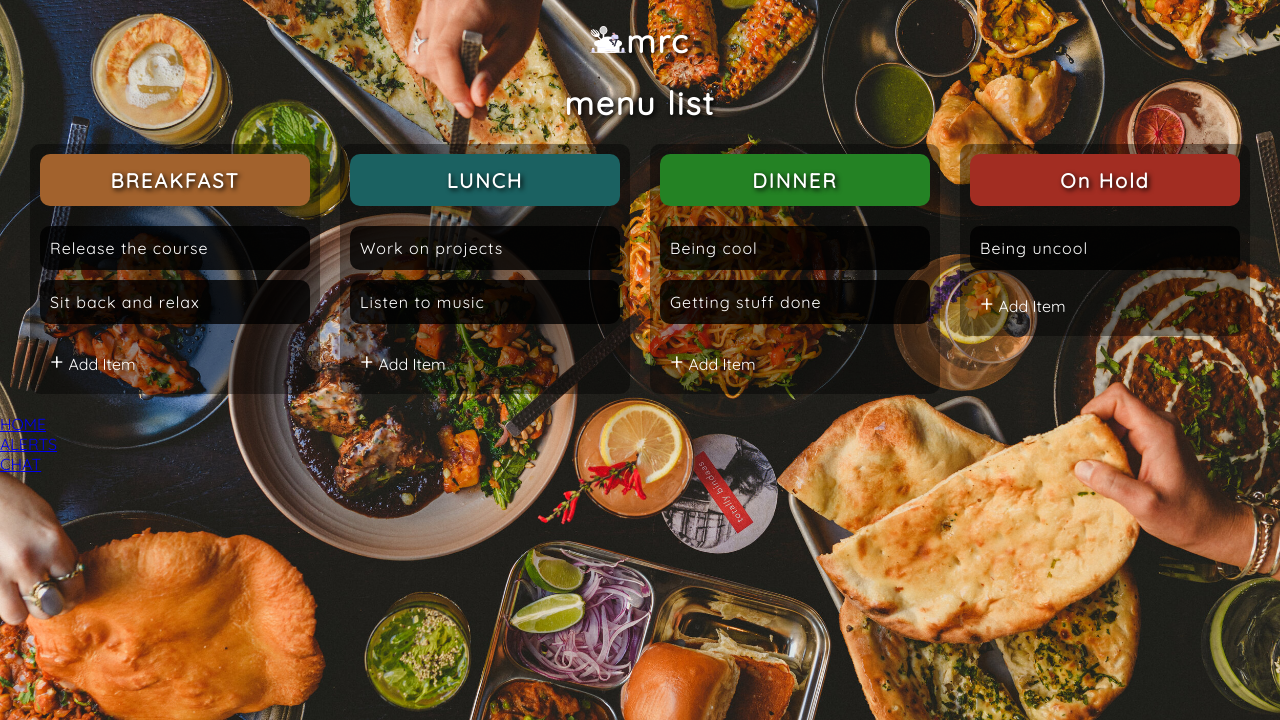
Repository: Anasooya2601/drag-and-drop
Page: index.html
These files come from the project's save history. The page is drawn as it stood at one moment and after the next save; the edit follows.
The browser window is 1280 px wide. The pictures show the whole page.

Above is the page before, as saved 2021-02-15 19:57:18.

### index.html
<!DOCTYPE html>
<html lang="en">
<head>
    <meta charset="UTF-8">
    <meta name="viewport" content="width=device-width, initial-scale=1.0">
    <title>mrc</title>
    <link rel="icon" type="image/png" href="favicon.png">
    <link rel="stylesheet" href="style.css">
</head>
<body>

   <h1 class="main-title"> <img src="mrc.svg" width="36px" alt="" srcset="">mrc</h1>

    <h1 class="main-title">menu list</h1>

    <div class="drag-container">
        <ul class="drag-list">
            <!-- Backlog Column -->
            <li class="drag-column backlog-column">
                <span class="header">
                    <h1>BREAKFAST</h1>
                </span>
                <!-- Backlog Content -->
                <div id="backlog-content" class="custom-scroll">
                    <ul class="drag-item-list" id="backlog-list" ondrop="drop(event)" ondragover="allowDrop(event)" ondragenter="dragEnter(0)"></ul>
                </div>
                <!-- Add Button Group -->
                <div class="add-btn-group">
                    <div class="add-btn" onclick="showInputBox(0)">
                        <span class="plus-sign">+</span>
                        <span>Add Item</span>
                    </div>
                    <div class="add-btn solid" onclick="hideInputBox(0)">
                        <span>Save Item</span>
                    </div>
                </div>
                <div class="add-container">
                    <div class="add-item" contenteditable="true"></div>
                </div>
            </li>
            <!-- Progress Column -->
            <li class="drag-column progress-column">
                <span class="header">
                    <h1>LUNCH</h1>
                </span>
                <!-- Progress Content -->
                <div id="progress-content" class="custom-scroll">
                    <ul class="drag-item-list" id="progress-list" ondrop="drop(event)" ondragover="allowDrop(event)" ondragenter="dragEnter(1)"></ul>
                </div>
                <!-- Add Button Group -->
                <div class="add-btn-group">
                    <div class="add-btn" onclick="showInputBox(1)">
                        <span class="plus-sign">+</span>
                        <span>Add Item</span>
                    </div>
                    <div class="add-btn solid" onclick="hideInputBox(1)">
                        <span>Save Item</span>
                    </div>
                </div>
                <div class="add-container">
                    <div class="add-item" contenteditable="true"></div>
                </div>
            </li>
            <!-- Complete Column -->
            <li class="drag-column complete-column">
                <span class="header">
                    <h1>DINNER</h1>
                </span>
                <!-- Complete Content -->
                <div id="complete-content" class="custom-scroll">
                    <ul class="drag-item-list" id="complete-list" ondrop="drop(event)" ondragover="allowDrop(event)" ondragenter="dragEnter(2)"></ul>
                </div>
                <!-- Add Button Group -->
                <div class="add-btn-group">
                    <div class="add-btn" onclick="showInputBox(2)">
                        <span class="plus-sign">+</span>
                        <span>Add Item</span>
                    </div>
                    <div class="add-btn solid" onclick="hideInputBox(2)">
                        <span>Save Item</span>
                    </div>
                </div>
                <div class="add-container">
                    <div class="add-item" contenteditable="true"></div>
                </div>
            </li>
            <!-- On Hold Column -->
            <li class="drag-column on-hold-column">
                <span class="header">
                    <h1>On Hold</h1>
                </span>
                <!-- On Hold Content -->
                <div id="on-hold-content" class="custom-scroll">
                    <ul class="drag-item-list" id="on-hold-list" ondrop="drop(event)" ondragover="allowDrop(event)" ondragenter="dragEnter(3)"></ul>
                </div>
                <!-- Add Button Group -->
                <div class="add-btn-group">
                    <div class="add-btn" onclick="showInputBox(3)">
                        <span class="plus-sign">+</span>
                        <span>Add Item</span>
                    </div>
                    <div class="add-btn solid" onclick="hideInputBox(3)">
                        <span>Save Item</span>
                    </div>
                </div>
                <div class="add-container">
                    <div class="add-item" contenteditable="true"></div>
                </div>
            </li>
        </ul>
</div>
<nav>
    <ul>
        <li>
            <a href="#">
                <i class="fas fa-home"></i>
                <span>HOME</span>
            </a>
        </li>
        <li>
            <a href="#">
                <i class="fas fa-bell"></i>
                <span>ALERTS</span>
            </a>
        </li>
        <li>
            <a href="#">
                <i class="fas fa-paper-plane"></i>
                <span>CHAT</span>
            </a>
        </li>
    </ul>
</nav>

    <!-- Script -->
    <script src="script.js"></script>
</body>
</html>

### style.css
/* Trees Image - Pexels: https://www.pexels.com/photo/photo-of-trees-in-forest-3801030/ */
@import url("https://fonts.googleapis.com/css?family=Quicksand&display=swap");

html {
  box-sizing: border-box;
}

:root {
  --column-1: #a2622d;
  --column-2: #1b6161;
  --column-3: #248224;
  --column-4: #a22d22;
}

body {
  margin: 0;
  background: url("./mrc.jpg");
  background-size: cover;
  background-position: 50% 60%;
  background-attachment: fixed;
  color: white;
  font-family: Quicksand, sans-serif;
  overflow-y: hidden;
}

h1 {
  letter-spacing: 2px;
  text-shadow: 2px 2px 5px black;
}

.main-title {
  text-align: center;
  font-size: 3rem;
}

ul {
  list-style-type: none;
  margin: 0;
  padding: 0;
}

.drag-container {
  margin: 20px;
}

.drag-list {
  display: flex;
  align-items: flex-start;
}

/* Columns */
.drag-column {
flex: 1;
  margin: 0 10px;
  position: relative;
  background-color: rgba(0, 0, 0, 0.4);
  border-radius: 10px;
  overflow-x: hidden;
}

.backlog-column .header,
.backlog-column .solid,
.backlog-column .solid:hover,
.backlog-column .over {
  background-color: var(--column-1);
}

.progress-column .header,
.progress-column .solid,
.progress-column .solid:hover,
.progress-column .over {
  background-color: var(--column-2);
}

.complete-column .header,
.complete-column .solid,
.complete-column .solid:hover,
.complete-column .over {
  background-color: var(--column-3);
}

.on-hold-column .header,
.on-hold-column .solid,
.on-hold-column .solid:hover,
.on-hold-column .over {
  background-color: var(--column-4);
}

/* Custom Scrollbar */
.custom-scroll {
  overflow-y: auto;
  max-height: 75vh;
}

.custom-scroll::-webkit-scrollbar-track {
  box-shadow: inset 0 0 6px rgba(0, 0, 0, 0.4);
  border-radius: 10px;
  background-color: rgba(255, 255, 255, 0.3);
  margin-right: 5px;
}

.custom-scroll::-webkit-scrollbar {
  width: 10px;
}

.custom-scroll::-webkit-scrollbar-thumb {
  border-radius: 10px;
  box-shadow: inset 0 0 6px rgba(0, 0, 0, 0.3);
  background-color: rgba(0, 0, 0, 0.8);
}

.header {
  display: flex;
  justify-content: center;
  border-radius: 10px;
  margin: 10px;
}

.header h1 {
  font-size: 1.25rem;
}

/* Drag and Drop */
.over {
  padding: 50px 10px;
}

.drag-item-list {
  min-height: 50px;
}

.drag-item {
  margin: 10px;
  padding: 10px;
  height: fit-content;
  background-color: rgba(0, 0, 0, 0.8);
  border-radius: 10px;
  line-height: 1.5rem;
  letter-spacing: 1px;
  cursor: pointer;
}

.drag-item:focus {
  outline: none;
  background-color: white;
  color: black;
}

/* Add Button Group */
.add-btn-group {
  display: flex;
  justify-content: space-between;
}

.add-btn {
  margin: 10px;
  padding: 5px 10px;
  display: flex;
  align-items: center;
  cursor: pointer;
  width: fit-content;
  border-radius: 5px;
  transition: all 0.3s ease-in;
  user-select: none;
}

.add-btn:hover {
  background-color: rgba(255, 255, 255, 0.9);
  color: black;
}

.add-btn:active {
  transform: scale(0.97);
}

.solid {
  display: none;
}

.solid:hover {
  transition: unset;
  filter: brightness(95%);
  color: white;
}

.plus-sign {
  font-size: 1.5rem;
  margin-right: 5px;
  position: relative;
  top: -3px;
}

.add-container {
  margin: 10px;
  padding: 5px 10px;
  border-radius: 10px;
  background-color: rgba(255, 255, 255, 0.9);
  min-height: 100px;
  display: none;
}

.add-item {
  width: 100%;
  min-height: 100px;
  height: auto;
  background-color: white;
  border-radius: 10px;
  margin: 5px auto;
  resize: none;
  color: black;
  padding: 10px;
}

.add-item:focus {
  outline: none;
}

/* Media Query: Laptop */
@media screen and (max-width: 1800px) {
  .main-title {
    font-size: 2rem;
  }
}

/* Media Query: Large Smartphone (Vertical) */
@media screen and (max-width: 600px) {
  body {
    overflow-y: auto;
  }

  .drag-container {
    margin: 0;
  }

  .drag-list {
    display: block;
  }

  .drag-column {
    margin: 10px;
  }
}

.footer {
  position: fixed;
  left: 0;
  bottom: 0;
  width: 100%;
  height: 10%;
  background-color: black;
  color: white;
  position: flex;
  text-align: center;
}

### script.js
const addBtns = document.querySelectorAll('.add-btn:not(.solid)');
const saveItemBtns = document.querySelectorAll('.solid');
const addItemContainers = document.querySelectorAll('.add-container');
const addItems = document.querySelectorAll('.add-item');
// Item Lists
const listColumns = document.querySelectorAll('.drag-item-list');
const backlogListEl = document.getElementById('backlog-list');
const progressListEl = document.getElementById('progress-list');
const completeListEl = document.getElementById('complete-list');
const onHoldListEl = document.getElementById('on-hold-list');

// Items
let updatedOnLoad = false;

// Initialize Arrays
let backlogListArray = [];
let progressListArray = [];
let completeListArray = [];
let onHoldListArray = [];
let listArrays = [];

// Drag Functionality
let draggedItem;
let dragging = false;
let currentColumn;

// Get Arrays from localStorage if available, set default values if not
function getSavedColumns() {
  if (localStorage.getItem('backlogItems')) {
    backlogListArray = JSON.parse(localStorage.backlogItems);
    progressListArray = JSON.parse(localStorage.progressItems);
    completeListArray = JSON.parse(localStorage.completeItems);
    onHoldListArray = JSON.parse(localStorage.onHoldItems);
  } else {
    backlogListArray = ['Release the course', 'Sit back and relax'];
    progressListArray = ['Work on projects', 'Listen to music'];
    completeListArray = ['Being cool', 'Getting stuff done'];
    onHoldListArray = ['Being uncool'];
  }
}

// Set localStorage Arrays
function updateSavedColumns() {
  listArrays = [backlogListArray, progressListArray, completeListArray, onHoldListArray];
  const arrayNames = ['backlog', 'progress', 'complete', 'onHold'];
  arrayNames.forEach((arrayName, index) => {
    localStorage.setItem(`${arrayName}Items`, JSON.stringify(listArrays[index]));
  });
}

// Filter Array to remove empty values
function filterArray(array) {
  const filteredArray = array.filter(item => item !== null);
  return filteredArray;
}

// Create DOM Elements for each list item
function createItemEl(columnEl, column, item, index) {
  // List Item
  const listEl = document.createElement('li');
  listEl.textContent = item;
  listEl.id = index;
  listEl.classList.add('drag-item');
  listEl.draggable = true;
  listEl.setAttribute('onfocusout', `updateItem(${index}, ${column})`);
  listEl.setAttribute('ondragstart', 'drag(event)');
  listEl.contentEditable = true;
  // Append
  columnEl.appendChild(listEl);
}

// Update Columns in DOM - Reset HTML, Filter Array, Update localStorage
function updateDOM() {
  // Check localStorage once
  if (!updatedOnLoad) {
    getSavedColumns();
  }
  // Backlog Column
  backlogListEl.textContent = '';
  backlogListArray.forEach((backlogItem, index) => {
    createItemEl(backlogListEl, 0, backlogItem, index);
  });
  backlogListArray = filterArray(backlogListArray);
  // Progress Column
  progressListEl.textContent = '';
  progressListArray.forEach((progressItem, index) => {
    createItemEl(progressListEl, 1, progressItem, index);
  });
  progressListArray = filterArray(progressListArray);
  // Complete Column
  completeListEl.textContent = '';
  completeListArray.forEach((completeItem, index) => {
    createItemEl(completeListEl, 2, completeItem, index);
  });
  completeListArray = filterArray(completeListArray);
  // On Hold Column
  onHoldListEl.textContent = '';
  onHoldListArray.forEach((onHoldItem, index) => {
    createItemEl(onHoldListEl, 3, onHoldItem, index);
  });
  onHoldListArray = filterArray(onHoldListArray);
  // Don't run more than once, Update Local Storage
  updatedOnLoad = true;
  updateSavedColumns();
}

// Update Item - Delete if necessary, or update Array value
function updateItem(id, column) {
  const selectedArray = listArrays[column];
  const selectedColumn = listColumns[column].children;
  if (!dragging) {
    if (!selectedColumn[id].textContent) {
      delete selectedArray[id];
    } else {
      selectedArray[id] = selectedColumn[id].textContent;
    }
    updateDOM();
  }
}

// Add to Column List, Reset Textbox
function addToColumn(column) {
  const itemText = addItems[column].textContent;
  const selectedArray = listArrays[column];
  selectedArray.push(itemText);
  addItems[column].textContent = '';
  updateDOM(column);
}

// Show Add Item Input Box
function showInputBox(column) {
  addBtns[column].style.visibility = 'hidden';
  saveItemBtns[column].style.display = 'flex';
  addItemContainers[column].style.display = 'flex';
}

// Hide Item Input Box
function hideInputBox(column) {
  addBtns[column].style.visibility = 'visible';
  saveItemBtns[column].style.display = 'none';
  addItemContainers[column].style.display = 'none';
  addToColumn(column);
}

// Allows arrays to reflect Drag and Drop items
function rebuildArrays() {
  backlogListArray = [];
  for (let i = 0; i < backlogListEl.children.length; i++) {
    backlogListArray.push(backlogListEl.children[i].textContent);
  }
  progressListArray = [];
  for (let i = 0; i < progressListEl.children.length; i++) {
    progressListArray.push(progressListEl.children[i].textContent);
  }
  completeListArray = [];
  for (let i = 0; i < completeListEl.children.length; i++) {
    completeListArray.push(completeListEl.children[i].textContent);
  }
  onHoldListArray = [];
  for (let i = 0; i < onHoldListEl.children.length; i++) {
    onHoldListArray.push(onHoldListEl.children[i].textContent);
  }
  updateDOM();
}

// When Item Enters Column Area
function dragEnter(column) {
  listColumns[column].classList.add('over');
  currentColumn = column;
}

// When Item Starts Dragging
function drag(e) {
  draggedItem = e.target;
  dragging = true;
}

// Column Allows for Item to Drop
function allowDrop(e) {
  e.preventDefault();
}

// Dropping Item in Column
function drop(e) {
  e.preventDefault();
  const parent = listColumns[currentColumn];
  // Remove Background Color/Padding
  listColumns.forEach((column) => {
    column.classList.remove('over');
  });
  // Add item to Column
  parent.appendChild(draggedItem);
  // Dragging complete
  dragging = false;
  rebuildArrays();
}

// On Load
updateDOM();

After the next save:
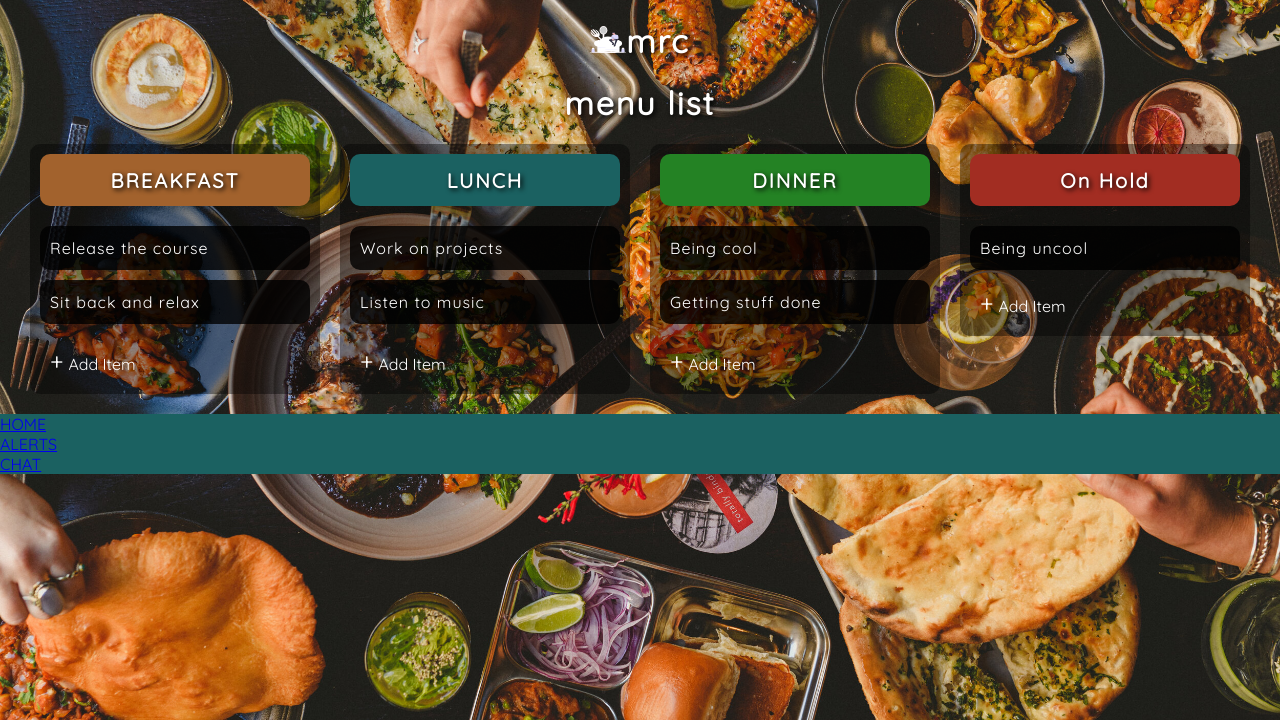
Saved 44 s later.
--- a/style.css
+++ b/style.css
@@ -21,6 +21,10 @@ body {
   color: white;
   font-family: Quicksand, sans-serif;
   overflow-y: hidden;
+}
+nav{
+  display:flex;
+  background:#1b6161;
 }
 
 h1 {
